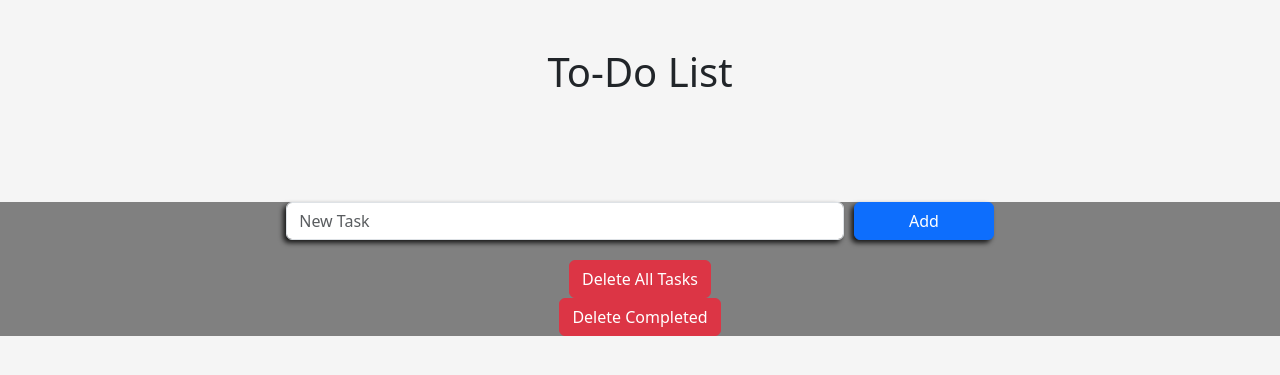
Repository: PituMia/TODO-List
Page: /
These files come from the project's save history. The page is drawn as it stood at one moment and after the next save; the edit follows.
The browser window is 1280 px wide. The pictures show the whole page.
The project was rebuilt for these pictures with package versions that can differ from the ones it lists, and the page was loaded fresh each time. Also part of the build but not shown: vite.config.js, src/assets/css/App.css, src/assets/css/Task.css, src/assets/components/Task.jsx.

Above is the page before, as saved 2025-02-01 15:26:47.

After the next save:
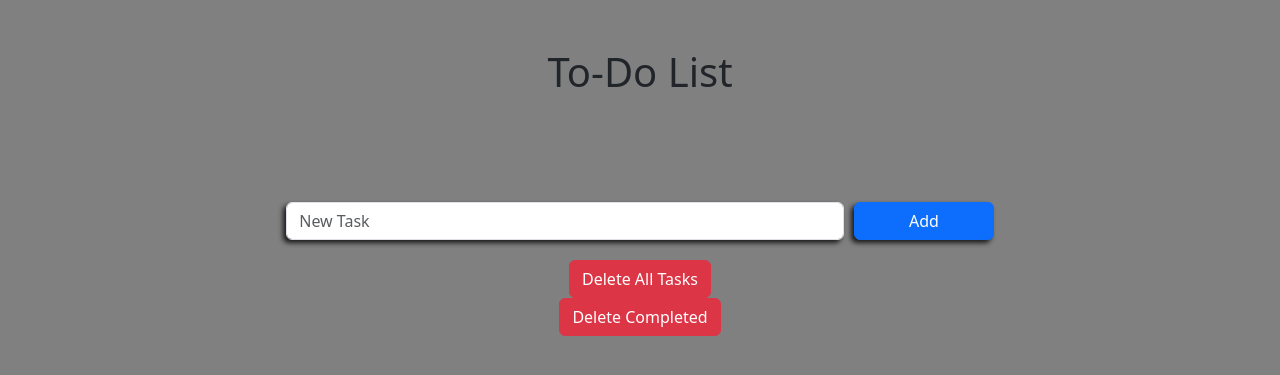
Saved 21 s later.
--- a/src/assets/css/index.css
+++ b/src/assets/css/index.css
@@ -1,15 +1,7 @@
 html, body {
-    background-color: #f5f5f5; /* Color de fondo */
+    background-color: grey; /* Cambia este color por el que quieras */
     margin: 0;
     padding: 0;
     width: 100%;
     height: 100%;
-    display: flex;
-    flex-direction: column;
 }
-
-#root {
-    display: flex;
-    flex-direction: column;
-    min-height: 100vh;
-}
